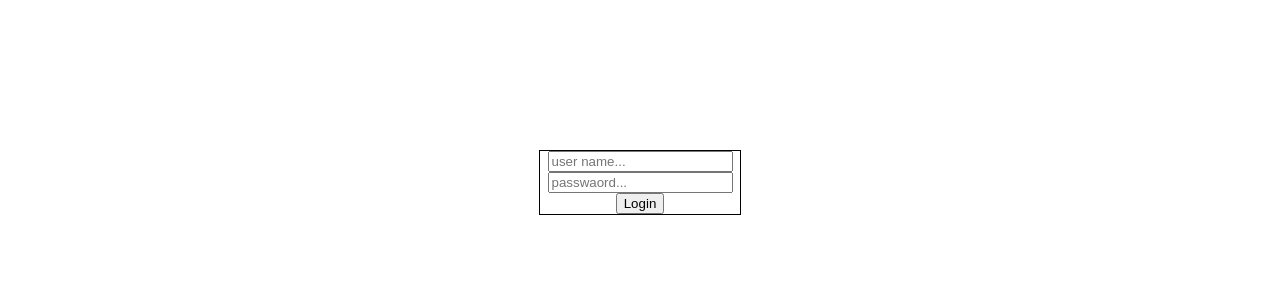
Repository: ehabmelhem/FullStack_Tweetapp
Page: /signup (app in tweet-app-demo/)
An editor plug-in stored every save of this project. The page is shown before and after a run of saves, followed by the edit.
The browser window is 1280 px wide. The pictures show the whole page.
The project was rebuilt for these pictures with package versions that can differ from the ones it lists, and the page was loaded fresh each time. A package was used in the major version that the imports need, not the one package.json lists. Also part of the build but not shown: tweet-app-demo/src/Componets/Login.css, tweet-app-demo/src/Componets/Login.js.

Above is the page before, as saved 2021-01-27 22:15:40.

After the next 2 saves:
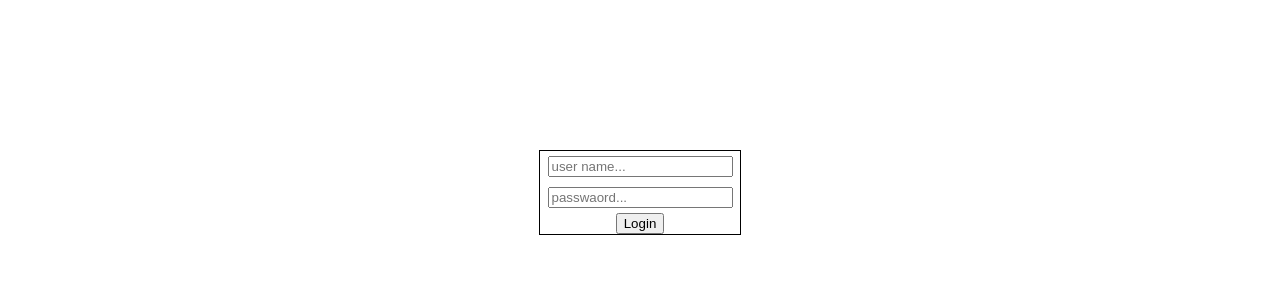
The 2 saves are shown as one change because they came seconds apart.
The last was saved 9 s later.
--- a/tweet-app-demo/src/Componets/SignUp.css
+++ b/tweet-app-demo/src/Componets/SignUp.css
@@ -5,3 +5,7 @@
   border: 1px solid black;
   justify-content: center;
 }
+.signup > .flex > input {
+  margin-top: 5px;
+  margin-bottom: 5px;
+}
